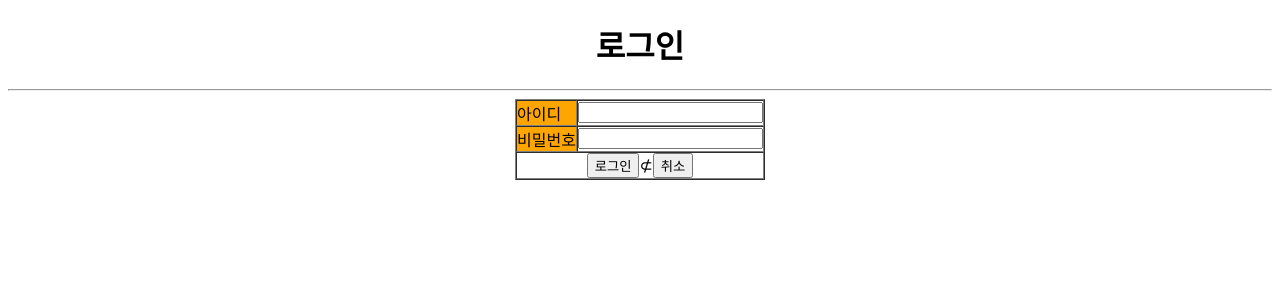
Repository: teeeeeeemo/workspace_spring
Page: http://localhost/BoardWeb/login.jsp
The author's editor kept a copy of each file at every save. The page is drawn from the files as they stood at one save, then again after the next save.
The browser window is 1280 px wide. The pictures show the whole page.
The page is served by Tomcat 9. Other server files are loaded and not shown.

Above is the page before, as saved 2017-01-19 13:16:49.

### BoardWeb/src/main/webapp/login.jsp
<%@ page language="java" contentType="text/html; charset=UTF-8"
    pageEncoding="UTF-8"%>
<!DOCTYPE html PUBLIC "-//W3C//DTD HTML 4.01 Transitional//EN" "http://www.w3.org/TR/html4/loose.dtd">
<html>
<head>
<meta http-equiv="Content-Type" content="text/html; charset=UTF-8">
<title>로그인</title>
</head>
<body>
<center>
<h1>로그인</h1>
<hr>
<form action="login_proc.jsp" method="post">
<table border="1" cellpadding="0" cellspacing="0">
	<tr>
		<td bgcolor="orange">아이디</td><td><input type="text" name="id"></td>
	</tr>
	<tr>
		<td bgcolor="orange">비밀번호</td><td><input type="password" name="passowrd"></td>
	</tr>
	<tr>
		<td colspan="2" align="center"><input type="submit" value="로그인"/>&nsub;<input type="reset" value="취소"/></td>
	</tr>
</table>
</form>
</center>
</body>
</html>

After the next save:
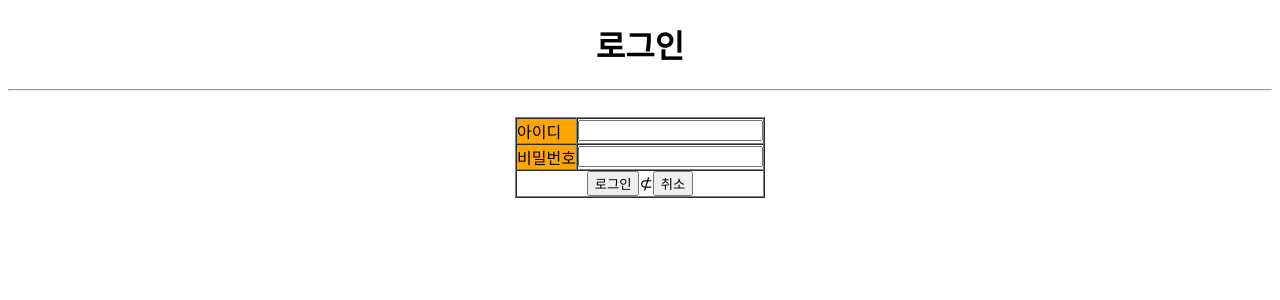
Saved 56 s later.
--- a/BoardWeb/src/main/webapp/login.jsp
+++ b/BoardWeb/src/main/webapp/login.jsp
@@ -9,7 +9,7 @@
 <body>
 <center>
 <h1>로그인</h1>
-<hr>
+<hr></br>
 <form action="login_proc.jsp" method="post">
 <table border="1" cellpadding="0" cellspacing="0">
 	<tr>
